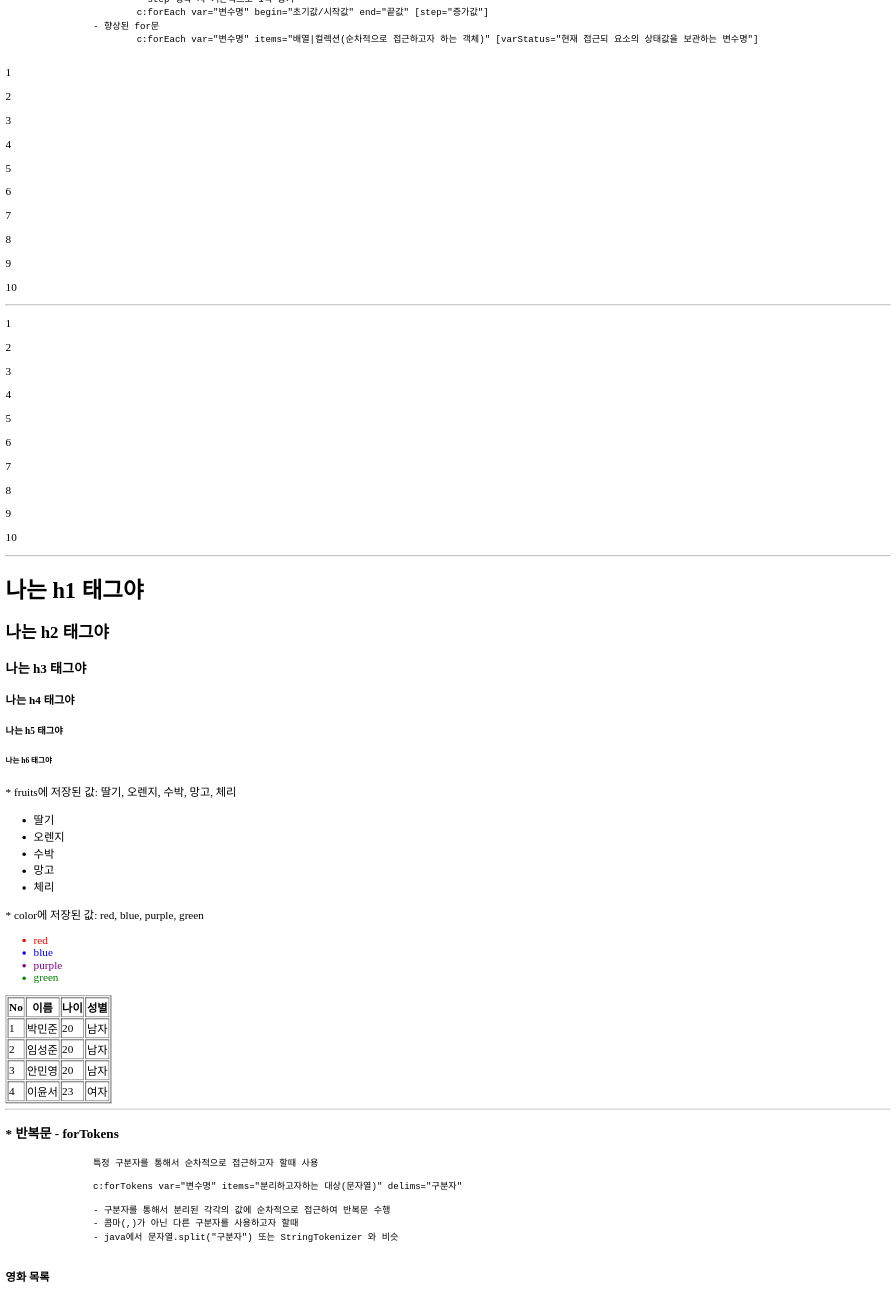
Repository: yoonseo0832/workspace
Page: http://localhost/2_jsp/views/4_CustomAction/2_core.jsp
The author's editor kept a copy of each file at every save. The page is drawn from the files as they stood at one save, then again after a run of saves.
The browser window is 1280 px wide. The pictures show the part of the page from y = 1430 to 3350 px (the page is 3286 px tall before and 3350 px after), at 70% of full size.
The page is served by Tomcat 9. Other server files are loaded and not shown.

Above is the page before, as saved 2025-03-21 06:16:37.

### 05_server/2_jsp/src/main/webapp/views/4_CustomAction/2_core.jsp
<%@ page language="java" contentType="text/html; charset=UTF-8"
    pageEncoding="UTF-8" import="java.util.ArrayList, model.vo.Student"%>
<%@ taglib prefix="c" uri="http://java.sun.com/jsp/jstl/core" %>
<!DOCTYPE html>
<html>
<head>
<meta charset="UTF-8">
<title>JSTL - core</title>
</head>
<body>
	<h1>JSTL Core Library</h1>

	<h3>* 변수</h3>
	<pre>
		- 변수 산언과 동시에 초기화 (c:set var="변수명" value="값" [scope="저장객체"])

			+ 해당 변수의 저장된 값을 어떤 scope에 setAttribute를 통해서 담아둘 지 결정
			+ 변수 선언하고 초기화 기능까지를 제공
			=> c:set 으로 선언한 변수는 반드시 EL로 접근해야함
	</pre>
	<!-- scope 지정생략하면 가장 작은 범위인 page scope에 저장ㄴ -->
	<!-- num1 이라는 변수에 10 이라는 값 저장 -->
	<c:set var="num1" value="10"></c:set>

	<!-- request 영역에 num2 변수에 20 값 저장 -->
	<c:set var="num2" value="20" scope="request"></c:set>

	<p> num1: ${num1 }</p>
	<p> num2: ${num2 }</p>

	<%--num1 과 num2의 합을 addNum 변수에 저장, session 영역에 저장 --%>
	<c:set var="addNum" value="${num1+num2 }" scope="session"></c:set>
	<p> addNum: ${addNum} </p>

	<c:set var="temp">
		9999
	</c:set>
	<p> temp: ${temp }</p>
	<%--value 속성 대신, 시작 태그와 종료태그 사이에 초기값을 지정할 수 있음 --%>

	<pre>
		- 변수 삭제 : (c:remove var="삭제할 변수명" [scope="삭제하고자하는 영역 지정 가능"])
			+ 해당 scope 영역에 저장되어 있는 변수를 찾아 제거하는 태그
				=> .removeAttribute()를 사용하여 제거하는 것과 동일하게 처리됨
				+ scope 속성 생략 시 해당 이름의 변수의 값 모두 제거됨
	</pre>
	<%--addNum 변수 삭제 --%>
	<p> addNum: ${addNum} </p>
	<c:remove var="addNum" scope="session"></c:remove>
	<p> 제거 후 addNum: ${addNum} </p>

	<c:set var="temp" value="1111"></c:set>
	<c:set var="temp" value="2222" scope="request"></c:set>

	<p> page scope에 저장된 temp : ${temp}</p>
	<p> request scope에 저장된 temp : ${requestScope.temp}</p>

	<c:remove var="temp" />

	<p> temp 제거후 page scope에 저장된 temp : ${pageScope.temp}</p>
	<p> temp 제거후 request scope에 저장된 temp : ${requestScope.temp}</p>

	<pre>
		- 변수 (데이터) 출력 : (c:out value="출력하고자 하는 값" [default="기본값"] [escapeXml="true|false"])
	</pre>
	<c:out value="테스트" />

	<%-- addNum 변수의 값을 출력 --%>
	<c:out value="${ addNum } " />
	<c:out value="${ addNum }" default="데이터 없음" />
	<%-- outData 변수에 '<b>강조태크</b>' --%>
	<c:set var="outData" value="<b>강조태크</b>" />
	<c:out value="${outData }" />
	<br>
	<c:out value="${outData }" escapeXml="true" />
	<%-- escapeXml의 기본값은 true --%>
	<br>
	<c:out value="${outData }" escapeXml="false" />
	<%-- escapeXml의 false로 하니 태그가 적용됨 --%>

	<hr>

	<h3>* 조건문 - if (c:if test="조건식")</h3>
	<pre>
		- java의 if문과 비슷한 역할을 하는 태그
		- 조건식은 test 속성에 EL 구문을 사용하여 작성
	</pre>
	<%--num1 > num2 큰가? --%>
	<%-- * JSTL로 선언된 변수는 접근 불가 (EL로만 접근 가능)
	<% if(num1 > num2){ %>
	<%} %>
	--%>
	<c:if test="${num1>num2 }">
		num1이 num2보다 큽니다.
	</c:if>
	<c:if test="${num1 lt num2 }">
		num1이 num2보다 작습니다.
	</c:if>
	<br>
	<c:set var="hi" value="안녕" />
	<c:if test="${hi eq '안녕' }">
		hi~hi~hi~
	</c:if>
	<c:if test="${hi ne '안녕' }">
		bye~bye~
	</c:if>
	<br>

	<h3>* 조건문 - choose(c:choose, c:when, c:otherwise)</h3>
	<pre>
		- java에서 if ~else, if~ else if문과 비슷하게 동작되는 태그
		- 구조
			+ c:choose 하위 요소로 c:when, c:otherwise

			c:choose
				c:when /c:when
				c:otherwise  /c:otherwise
			/c:choose
	</pre>
	<%--hi변수의 값 '안녕' --%>
	<c:choose>
		<c:when test="${hi eq '안녕' }" >
			hi~hi~hi
		</c:when>
		<c:otherwise>
			bye~bye~
		</c:otherwise>
	</c:choose>
	<br>
	<%--num1 20보다 크다 --%>
	<c:choose>
		<c:when test="${num1 >20 }" >
			<h2>num1이 20보다 크다</h2>
		</c:when>
		<c:when test="${num1 >= 10 }">
			<h3>10보다 크거나 같다</h3>
		</c:when>
		<c:otherwise>
			<h3>10보다 크거나 같다</h3>
		</c:otherwise>
	</c:choose>

	<hr>

	<h3>* 반복문 - (c:forEach)</h3>
	<pre>
		- for loop문
			- step 생략 시 기본적으로 1씩 증가
			c:forEach var="변수명" begin="초기값/시작값" end="끝값" [step="증가값"]
		- 향상된 for문
			c:forEach var="변수명" items="배열|컬렉션(순차적으로 접근하고자 하는 객체)" [varStatus="현재 접근되 요소의 상태값을 보관하는 변수명"]
	</pre>
	<%-- 스크립틀릿을 사용하여 1~10까지 출력(한줄로) --%>
	<% for(int i=1; i<=10; i++){ %>
		<p><%=i %></p>
	<%} %>

	<hr>

	<c:forEach var="i" begin="1" end="10" >
		<p> ${i}</p>
	</c:forEach>

	<hr>

	<%--h1 ~ h6 태그를 출력, "나는 hn 태그야" --%>
	<c:forEach var="h" begin="1" end="6">
		<h${h }> 나는 h${h} 태그야</h${h }>
	</c:forEach>

	<c:set var="fruits">
	<%--문자열은 ,를 기준으로 문자열을 나눔 --%>
		딸기, 오렌지, 수박, 망고, 체리
	</c:set>
	* fruits에 저장된 값: ${fruits }
	<ul>
		<c:forEach var="f" items="${fruits}">
			<li>${f}</li>
		</c:forEach>
	</ul>
	<%--
		colors 변수 4가지 색상을 ,로 구분하여 저장
		목록태그로 해당 글자를 출력(저장된 컬러로 글자색 변경)
	 --%>
	<c:set var="colors">
		red, blue, purple, green
	</c:set>
	* color에 저장된 값: ${colors }
	<ul>
		<c:forEach var="c" items="${colors }">
			<li style="color: ${c};">${c}</li>
		</c:forEach>
	</ul>
	<%
		ArrayList<Student> list = new ArrayList<>();
		list.add(new Student("박민준", 20, "남자"));
		list.add(new Student("임성준", 20, "남자"));
		list.add(new Student("안민영", 20, "남자"));
		list.add(new Student("이윤서", 23, "여자"));
	%>
	<%-- request.setAttribute("list", list) --%>
	<c:set var="list" value="<%=list %>" scope="request" />
	<table border="1">
		<thead>
			<tr>
				<th>No</th>
				<th>이름</th>
				<th>나이</th>
				<th>성별</th>
			</tr>
		</thead>
		<tbody>
			<c:choose>
				<c:when test="${ empty list }">
					<tr>
						<td colspan="4">조회된 결과가 없습니다</td>
					</tr>
				</c:when>
				<c:otherwise>
					<c:forEach var="l" items="${list}" varStatus="vs">
						<tr>
							<!--  <td>${vs.index +1}</td>-->
							<%-- index: 0부터 시작,  count: 1부터 시작  --%>
							<td>${vs.count }</td>
							<td>${l.name }</td>
							<td>${l.age }</td>
							<td>${l.gender }</td>
						</tr>
					</c:forEach>
				</c:otherwise>
			</c:choose>
		</tbody>
	</table>

	<hr>

	<h3>* 반복문 - forTokens</h3>
	<pre>
		특정 구분자를 통해서 순차적으로 접근하고자 할때 사용

		c:forTokens var="변수명" items="분리하고자하는 대상(문자열)" delims="구분자"

		- 구분자를 통해서 분리된 각각의 값에 순차적으로 접근하여 반복문 수행
		- 콤마(,)가 아닌 다른 구분자를 사용하고자 할때
		- java에서 문자열.split("구분자") 또는 StringTokenizer 와 비슷
	</pre>
	<%-- movies 라는 변수에 영화 5개 저장 (구분자: / . ,) --%>
	<c:set var="movies" value="극한직업/주유소습격사건,아이언맨.고독한미식가/슈츠" />
	<h4>영화 목록</h4>














</body>
</html>

### 05_server/2_jsp/src/main/java/model/vo/Student.java
package model.vo;

public class Student {
	private String name;
	private int age;
	private String gender;

	public Student() {
		super();
	}

	public Student(String name, int age, String gender) {
		this.name = name;
		this.age = age;
		this.gender = gender;
	}

	public String getName() {
		return name;
	}

	public void setName(String name) {
		this.name = name;
	}

	public int getAge() {
		return age;
	}

	public void setAge(int age) {
		this.age = age;
	}

	public String getGender() {
		return gender;
	}

	public void setGender(String gender) {
		this.gender = gender;
	}

	@Override
	public String toString() {
		return "Student [name=" + name + ", age=" + age + ", gender=" + gender + "]";
	}

}

After the next 2 saves:
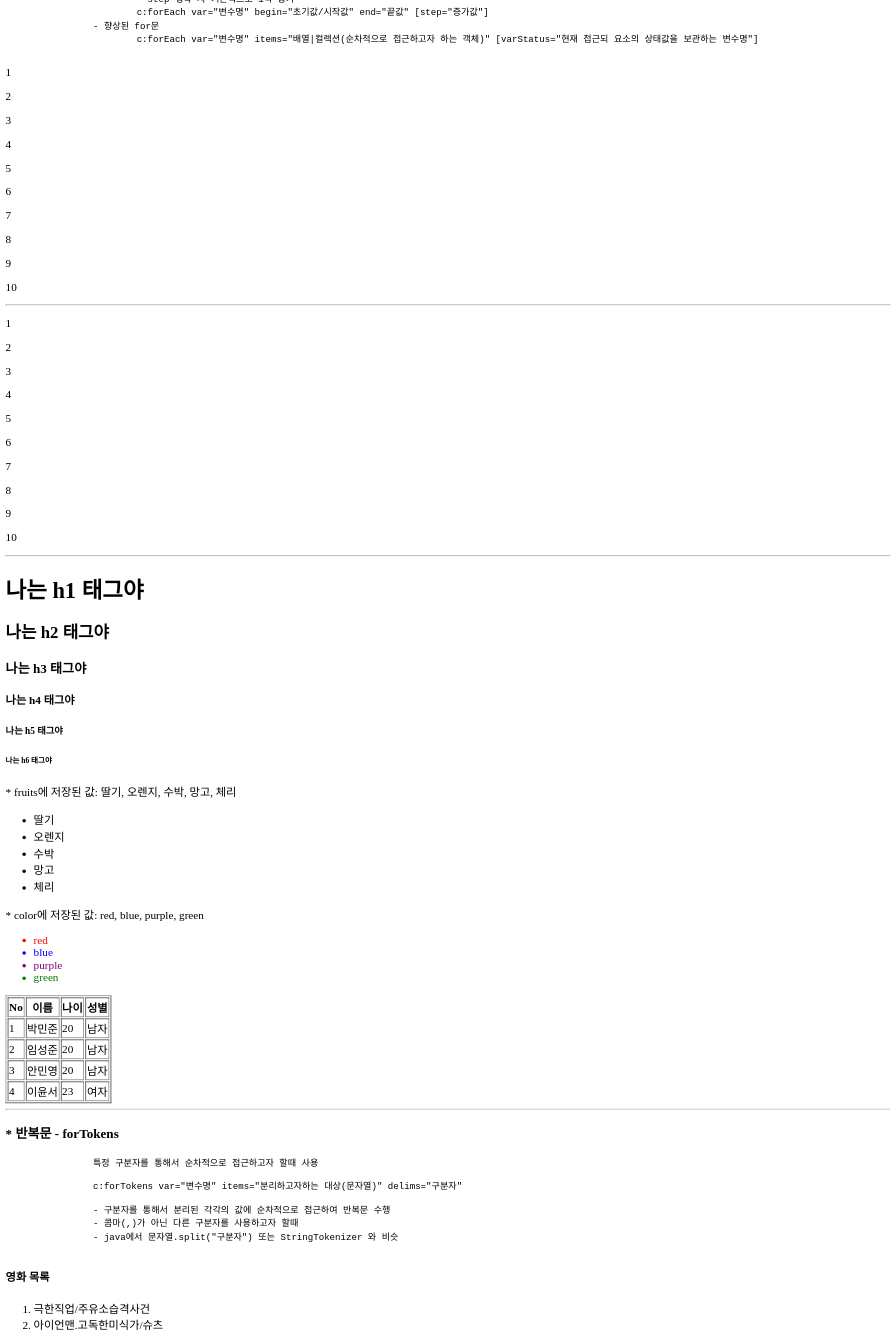
The 2 saves are shown as one change because 1 did not build or start.
The last was saved 88 s later.
--- a/05_server/2_jsp/src/main/webapp/views/4_CustomAction/2_core.jsp
+++ b/05_server/2_jsp/src/main/webapp/views/4_CustomAction/2_core.jsp
@@ -247,7 +247,11 @@
 	<%-- movies 라는 변수에 영화 5개 저장 (구분자: / . ,) --%>
 	<c:set var="movies" value="극한직업/주유소습격사건,아이언맨.고독한미식가/슈츠" />
 	<h4>영화 목록</h4>
-
+	<ol>
+		<c:forEach var="m" items="${movies }">
+			<li>${m }</li>
+		</c:forEach>
+	</ol>
 
 
 
